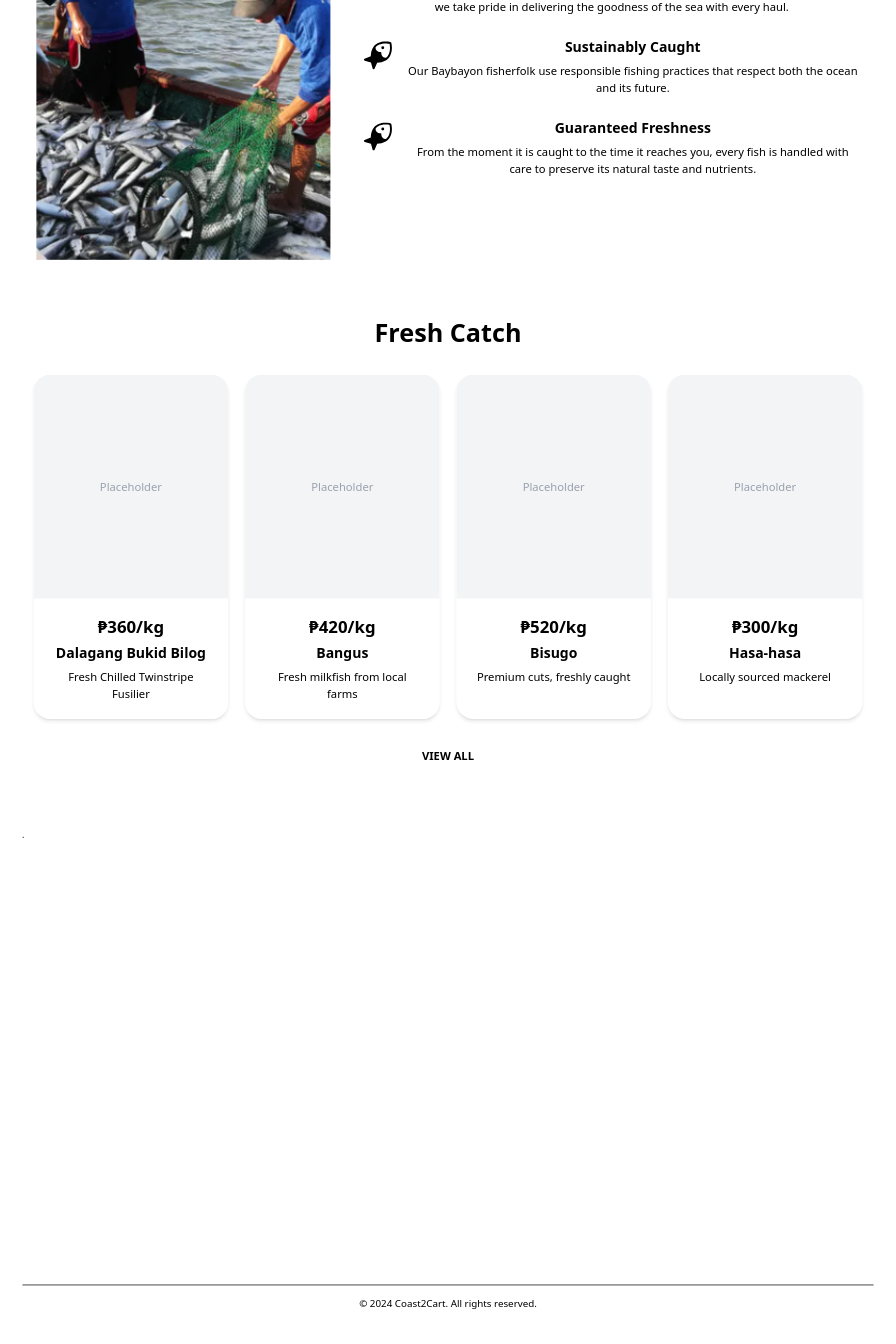
Repository: Coast2Card/coast2cart-frontend
Page: /
The author's editor kept a copy of each file at every save. The page is drawn from the files as they stood at one save, then again after a run of saves.
The browser window is 1280 px wide. The pictures show the part of the page from y = 1673 to 3593 px (the page is 3593 px tall), at 70% of full size.
The project was rebuilt for these pictures with package versions that can differ from the ones it lists, and the page was loaded fresh each time. Also part of the build but not shown: vite.config.js, src/pages/Seafood.jsx, src/pages/Souvenirs.jsx, src/pages/About.jsx, src/pages/Cart.jsx, src/pages/Profile.jsx, src/pages/Colors.jsx.

Above is the page before, as saved 2025-09-08 14:20:04.

### index.html
<!DOCTYPE html>
<html lang="en" data-theme="coast2cart">
  <head>
    <meta charset="UTF-8" />
    <!-- <link rel="icon" type="image/svg+xml" href="/vite.svg" /> -->
    <meta name="viewport" content="width=device-width, initial-scale=1.0" />
    <title>Coast2Cart</title>
  </head>
  <body>
    <div id="root"></div>
    <script type="module" src="/src/main.jsx"></script>
  </body>
</html>

### src/App.jsx
import { Routes, Route } from "react-router-dom";
import Layout from "./components/Layout";
import Home from "./pages/Home";
import Seafood from "./pages/Seafood";
import Souvenirs from "./pages/Souvenirs";
import About from "./pages/About";
import Cart from "./pages/Cart";
import Profile from "./pages/Profile";
import Colors from "./pages/Colors";
import "./App.css";

function App() {
  return (
    <Routes>
      {/* Routes with shared layout */}
      <Route path="/" element={<Layout />}>
        <Route index element={<Home />} />
        <Route path="seafood" element={<Seafood />} />
        <Route path="souvenirs" element={<Souvenirs />} />
        <Route path="about" element={<About />} />
        <Route path="cart" element={<Cart />} />
        <Route path="profile" element={<Profile />} />
        <Route path="colors" element={<Colors />} />
      </Route>
    </Routes>
  );
}

export default App;

### src/components/Layout.jsx
import { Outlet } from "react-router-dom";
import Navbar from "./Navbar";

const Layout = () => {
  return (
    <div className="min-h-screen bg-base-200">
      {/* Navigation Header */}
      <Navbar />

      {/* Main Content */}
      <main className=" mx-auto  ">
        <Outlet />
      </main>

      {/* Footer */}
      <footer className="bg-base-100 border-t border-base-300 mt-auto">
        <div className="max-w-7xl mx-auto py-4 px-4 sm:px-6 lg:px-8">
          <p className="text-center text-base-content/70 text-sm">
            © 2024 Coast2Cart. All rights reserved.
          </p>
        </div>
      </footer>
    </div>
  );
};

export default Layout;

### src/pages/Home.jsx
import homeBanner from "../assets/images/home_banner.jpg";
import baybayonLogo from "../assets/logos/c2c_white_transparent.png";
import fish1 from "../assets/images/home_fish1.png";
import fish2 from "../assets/images/home_fish2.png";
import fish3 from "../assets/images/home_fish3.png";
import fish4 from "../assets/images/home_fish4.png";
import fish5 from "../assets/images/home_fish5.png";
import HomeFeatures from "../components/home/HomeFeatures";
import HomeFreshCatch from "../components/home/HomeFreshCatch";
import HomeGallery from "../components/home/HomeGallery";
import HomeSouvenirs from "../components/home/HomeSouvenirs";
const Home = () => {
  return (
    <main className="relative overflow-x-hidden">
      {/* Home Banner */}
      <section className="w-full h-135 sm:h-[70vh] md:h-185 relative">
        <img
          src={homeBanner}
          alt="Home Banner"
          className="w-full h-full object-cover relative z-4"
          onError={(e) => {
            console.log("Image failed to load:", homeBanner);
            e.target.style.display = "none";
          }}
          onLoad={() => console.log("Image loaded successfully:", homeBanner)}
        />

        <div className="absolute inset-0 bg-black opacity-60 z-10"></div>

        <div className="absolute inset-0 z-20 flex items-start py-20 justify-center">
          <div className="text-center text-white">
            <h1 className="text-xl sm:text-2xl  font-extrabold font-display mb-[-15px] sm:mb-[-30px] md:mb-[-35px] lg:mb-[-30px]">
              Sea the best of Baybayon, from
            </h1>
            <img
              className="w-6/8 max-w-120 sm:w-6/8 md:4/8 lg:3/8 md:max-w-170 h-auto mx-auto "
              src={baybayonLogo}
            />
            <button className="mt-0 sm:mt-[-10px] b-20 bg-secondary text-primary uppercase px-6 py-2 rounded-full text-md sm:text-lg font-semibold hover:bg-secondary/90 transition-colors">
              Shop Now
            </button>
          </div>
        </div>
      </section>
      <section className=" relative overflow-hidden w-[140vw] flex items-center justify-center gap-4 sm:gap-6 mb-15 sm:mb-25   z-30 -mt-51 md:-mt-75 lg:-mt-75 left-1/2 -translate-x-1/2">
        <img
          src={fish1}
          alt="Fish 1"
          className="min-w-20 h-40 md:w-65 md:h-75  object-cover rounded-2xl"
        />
        <img
          src={fish2}
          alt="Fish 2"
          className="min-w-35 h-55  md:w-80 md:h-85 object-cover rounded-2xl"
        />
        <img
          src={fish3}
          alt="Fish 3"
          className="min-w-46 h-70 md:w-95 md:h-100 object-cover rounded-2xl"
        />
        <img
          src={fish4}
          alt="Fish 4"
          className="min-w-35 h-55 md:w-80 md:h-85 object-cover rounded-2xl"
        />
        <img
          src={fish5}
          alt="Fish 5"
          className="min-w-20 h-40 md:w-65 md:h-75 object-cover rounded-2xl"
        />
      </section>
      <section className="max-w-8xl mx-auto p-4 flex flex-col">
        <HomeFeatures className="mb-25" />
        <HomeGallery />
        <HomeFreshCatch />
      </section>
      <section className="flex bg-primary h-100 mx-auto w-full mb-60">
        <HomeSouvenirs />
      </section>
    </main>
  );
};

export default Home;

### src/components/Navbar.jsx
import { Link, useLocation } from "react-router-dom";
import { useState } from "react";
import { navLinks } from "../data/navigation";
import c2cLogo from "../assets/logos/c2c_transparent.png";
import searchIcon from "../assets/icons/search.png";
import cartIcon from "../assets/icons/cart.png";
import profileIcon from "../assets/icons/profile.png";
import commentIcon from "../assets/icons/comment.png";
const Navbar = () => {
  const location = useLocation();
  const [isMobileMenuOpen, setIsMobileMenuOpen] = useState(false);

  const isActive = (path) => {
    return location.pathname === path;
  };

  const toggleMobileMenu = () => {
    setIsMobileMenuOpen(!isMobileMenuOpen);
  };

  const closeMobileMenu = () => {
    setIsMobileMenuOpen(false);
  };

  return (
    <nav className="bg-base-300 shadow-lg py-2 sticky top-0 z-50">
      <div className="mx-auto px-6 sm:px-6 lg:px-8">
        <div className="flex justify-between h-16">
          <div className="flex items-center">
            <Link to="/" className="flex-shrink-0">
              <img src={c2cLogo} alt="Coast2Cart" className="h-17" />
            </Link>
          </div>

          {/* Desktop Navigation */}
          <div className="hidden md:flex items-center space-x-8">
            {navLinks.map((link) => (
              <Link
                key={link.path}
                to={link.path}
                className={`px-3 py-2 rounded-md text-md font-bold transition-colors ${
                  isActive(link.path)
                    ? " text-accent after:content-[''] after:block after:w-full after:h-0.5 after:bg-accent after:rounded-full"
                    : "text-black hover:text-primary hover:bg-base-200"
                }`}
              >
                {link.label}
              </Link>
            ))}
          </div>

          {/* Desktop Icons - Hidden on mobile */}
          <div className="hidden md:flex items-center gap-4 lg:gap-6">
            <img
              src={searchIcon}
              alt="Search"
              className="h-5 w-5 lg:h-5.5 lg:w-5.5 hover:cursor-pointer hover:opacity-60 transition-opacity duration-300"
            />
            <img
              src={commentIcon}
              alt="Comment"
              className="h-5 w-5 lg:h-5.5 lg:w-5.5 hover:cursor-pointer hover:opacity-60 transition-opacity duration-300"
            />
            <img
              src={cartIcon}
              alt="Cart"
              className="h-5 w-5 lg:h-5.5 lg:w-5.5 hover:cursor-pointer hover:opacity-60 transition-opacity duration-300"
            />
            <img
              src={profileIcon}
              alt="Profile"
              className="h-5 w-5 lg:h-5.5 lg:w-5.5 hover:cursor-pointer hover:opacity-60 transition-opacity duration-300"
            />
          </div>

          {/* Mobile menu button */}
          <div className="md:hidden flex items-center">
            <button
              onClick={toggleMobileMenu}
              className="inline-flex items-center justify-center p-2 rounded-md text-base-content hover:text-primary hover:bg-base-200 focus:outline-none focus:ring-2 focus:ring-inset focus:ring-primary"
              aria-expanded="false"
            >
              <span className="sr-only">Open main menu</span>
              {!isMobileMenuOpen ? (
                <svg
                  className="block h-6 w-6"
                  xmlns="http://www.w3.org/2000/svg"
                  fill="none"
                  viewBox="0 0 24 24"
                  stroke="currentColor"
                  aria-hidden="true"
                >
                  <path
                    strokeLinecap="round"
                    strokeLinejoin="round"
                    strokeWidth="2"
                    d="M4 6h16M4 12h16M4 18h16"
                  />
                </svg>
              ) : (
                <svg
                  className="block h-6 w-6"
                  xmlns="http://www.w3.org/2000/svg"
                  fill="none"
                  viewBox="0 0 24 24"
                  stroke="currentColor"
                  aria-hidden="true"
                >
                  <path
                    strokeLinecap="round"
                    strokeLinejoin="round"
                    strokeWidth="2"
                    d="M6 18L18 6M6 6l12 12"
                  />
                </svg>
              )}
            </button>
          </div>
        </div>
      </div>

      {/* Mobile Navigation Menu */}
      <div className={`md:hidden ${isMobileMenuOpen ? "block" : "hidden"}`}>
        <div className="px-2 pt-2 pb-3 space-y-1 sm:px-3 bg-base-100 border-t border-base-300">
          {navLinks.map((link) => (
            <Link
              key={link.path}
              to={link.path}
              onClick={closeMobileMenu}
              className={`block px-3 py-2 rounded-md text-base font-medium transition-colors ${
                isActive(link.path)
                  ? "bg-primary text-primary-content"
                  : "text-base-content hover:text-primary hover:bg-base-200"
              }`}
            >
              {link.label}
            </Link>
          ))}

          {/* Mobile Icons */}
          <div className="flex items-center justify-center gap-6 pt-4 border-t border-base-300 mt-4">
            <img
              src={searchIcon}
              alt="Search"
              className="h-6 w-6 hover:cursor-pointer hover:opacity-60 transition-opacity duration-300"
            />
            <img
              src={commentIcon}
              alt="Comment"
              className="h-6 w-6 hover:cursor-pointer hover:opacity-60 transition-opacity duration-300"
            />
            <img
              src={cartIcon}
              alt="Cart"
              className="h-6 w-6 hover:cursor-pointer hover:opacity-60 transition-opacity duration-300"
            />
            <img
              src={profileIcon}
              alt="Profile"
              className="h-6 w-6 hover:cursor-pointer hover:opacity-60 transition-opacity duration-300"
            />
          </div>
        </div>
      </div>
    </nav>
  );
};

export default Navbar;

### src/components/home/HomeFeatures.jsx
import cartIcon from "../../assets/icons/cart.png";
import commentIcon from "../../assets/icons/comment.png";
import profileIcon from "../../assets/icons/profile.png";
import searchIcon from "../../assets/icons/search.png";

const features = [
  {
    icon: cartIcon,
    title: "Fresh Catch",
    description: "Daily seafood direct from local fishers.",
  },
  {
    icon: searchIcon,
    title: "Dried Goods",
    description: "High-quality dried seafood.",
  },
  {
    icon: commentIcon,
    title: "Souvenirs",
    description: "Souvenirs made by our community.",
  },
  {
    icon: profileIcon,
    title: "Marketplace",
    description: "Easy orders and pickup with fishing time.",
  },
];

const HomeFeatures = ({ className = "" }) => {
  return (
    <article className={` mx-auto w-full ${className}`}>
      <section className="grid grid-cols-1 sm:grid-cols-2 space-y-6 lg:grid-cols-4 gap-6 sm:w-[95%] lg:w-[90%] xl:w-[80%] mx-auto">
        {features.map((item, index) => (
          <div
            key={index}
            className="flex flex-col items-center justify-start gap-2"
          >
            <div className="bg-accent mb-2 p-11 sm:p-11 flex justify-center items-center rounded-full">
              <div className="bg-gray-300 rounded-xl p-1 h-14 w-14"></div>
            </div>
            <h3 className="text-2xl font-bold text-primary">{item.title}</h3>
            <h3 className="text-md text-center">{item.description}</h3>
          </div>
        ))}
      </section>
    </article>
  );
};

export default HomeFeatures;

### src/components/home/HomeFreshCatch.jsx
const freshCatchItems = [
  {
    id: 1,
    price: "₱360/kg",
    name: "Dalagang Bukid Bilog",
    description: "Fresh Chilled Twinstripe Fusilier",
    image: null,
  },
  {
    id: 2,
    price: "₱420/kg",
    name: "Bangus",
    description: "Fresh milkfish from local farms",
    image: null,
  },
  {
    id: 3,
    price: "₱520/kg",
    name: "Bisugo",
    description: "Premium cuts, freshly caught",
    image: null,
  },
  {
    id: 4,
    price: "₱300/kg",
    name: "Hasa-hasa",
    description: "Locally sourced mackerel",
    image: null,
  },
];

const HomeFreshCatch = ({ className = "" }) => {
  return (
    <div className={`flex flex-col text-center ${className}`}>
      <h1 className="text-4xl font-bold text-accent mb-10">Fresh Catch</h1>
      <section className="grid grid-cols-1 sm:grid-cols-2 xl:grid-cols-4  gap-6 mb-8">
        {freshCatchItems.map((item) => (
          <div
            key={item.id}
            className="flex flex-col shadow-md overflow-hidden rounded-3xl"
          >
            <div className="bg-gray-100 h-80 flex items-center justify-center text-gray-400">
              Placeholder
            </div>
            <div className="bg-white p-6  flex flex-col gap-2 text-center items-center justify-center">
              <h3 className="text-success text-2xl font-bold">{item.price}</h3>
              <h3 className="text-black font-bold text-xl">{item.name}</h3>
              <p className="text-md">{item.description}</p>
            </div>
          </div>
        ))}
      </section>
      <div className="mb-20">
        <button className="bg-secondary text-primary uppercase px-6 py-2 rounded-full text-md font-semibold hover:bg-secondary/90 transition-colors">
          View All
        </button>
      </div>
    </div>
  );
};

export default HomeFreshCatch;

### src/components/home/HomeGallery.jsx
import React from "react";
import homeGallery1 from "../../assets/images/home_gallery1.png";
import FishIcon from "../icons/FishIcon";
const HomeGallery = () => {
  return (
    <div className="w-full flex flex-col sm:flex-row gap-9 lg:gap-12 p-1 mb-20 items-center justify-center mx-auto max-w-8xl  ">
      <div className="flex flex-1 min-w-75 sm:h-150 md:min-w-105  w-full md:h-150 bg-blue-100 ">
        <img src={homeGallery1} className="w-full h-full object-cover  " />
      </div>
      <div className=" flex flex-col min-w-20  gap-4 justify-center">
        <h2 className="font-bold text-3xl lg:text-4xl text-primary mb-1">
          Fresh From the Sea, Straight to You
        </h2>
        <p className="text-md mb-4">
          Every day, the fishermen of Barangay Baybayon bring in the freshest
          catch from our coastal waters, ensuring top quality seafood for your
          table. Proudly harvested and carefully handled, we take pride in
          delivering the goodness of the sea with every haul.
        </p>
        <div className="flex items-start gap-4 text-primary mb-4">
          <div className="max-h-22 min-w-11 font-bold pt-0.5">
            <FishIcon />
          </div>
          <div className="flex flex-col">
            <h3 className="font-bold text-xl mb-2">Sustainably Caught</h3>
            <p className="text-black">
              Our Baybayon fisherfolk use responsible fishing practices that
              respect both the ocean and its future.
            </p>
          </div>
        </div>
        <div className="flex items-start gap-4 text-primary">
          <div className="max-h-22 min-w-11 font-bold pt-0.5">
            <FishIcon />
          </div>
          <div className="flex flex-col">
            <h3 className="font-bold text-xl mb-2">Guaranteed Freshness</h3>
            <p className="text-black">
              From the moment it is caught to the time it reaches you, every
              fish is handled with care to preserve its natural taste and
              nutrients.
            </p>
          </div>
        </div>
      </div>
    </div>
  );
};

export default HomeGallery;

### src/components/home/HomeSouvenirs.jsx
import React from "react";

const HomeSouvenirs = () => {
  return (
    <>
      <div className="min-w-100 max-w-150">
        <img className="bg-red-100 object-cover border border-primary" src="" />
      </div>
      <div className="flex-1"></div>
    </>
  );
};

export default HomeSouvenirs;

### src/data/navigation.js
// Navigation links data
export const navLinks = [
  { path: "/", label: "Home" },
  { path: "/seafood", label: "Seafood" },
  { path: "/souvenirs", label: "Souvenirs" },
  { path: "/about", label: "About" },
  // { path: "/cart", label: "Cart" },
  // { path: "/profile", label: "Profile" },
  // { path: "/colors", label: "Colors" },
];

### src/components/icons/FishIcon.jsx
import React from "react";

const FishIcon = () => {
  return (
    <div>
      <svg
        xmlns="http://www.w3.org/2000/svg"
        viewBox="0 0 256 256"
        className="text-primary fill-primary"
      >
        <rect width="256" height="256" fill="none" />
        <path d="M168,76a12,12,0,1,1-12-12A12,12,0,0,1,168,76Zm48.72,67.64c-19.37,34.9-55.44,53.76-107.24,56.1l-22,51.41A8,8,0,0,1,80.1,256l-.51,0a8,8,0,0,1-7.19-5.78L57.6,198.39,5.8,183.56a8,8,0,0,1-1-15.05l51.41-22c2.35-51.78,21.21-87.84,56.09-107.22,24.75-13.74,52.74-15.84,71.88-15.18,18.64.64,36,4.27,38.86,6a8,8,0,0,1,2.83,2.83c1.69,2.85,5.33,20.21,6,38.85C232.55,90.89,230.46,118.89,216.72,143.64Zm-4.3-100.07c-14.15-3-64.1-11-100.3,14.75a81.21,81.21,0,0,0-16,15.07,36,36,0,0,0,39.35,38.44,8,8,0,0,1,8.73,8.73,36,36,0,0,0,38.47,39.34,80.81,80.81,0,0,0,15-16C223.42,107.73,215.42,57.74,212.42,43.57Z" />
      </svg>
    </div>
  );
};

export default FishIcon;

Loaded but not shown: src/main.jsx (common file); src/index.css (common file); src/App.css (common file)

After the next 2 saves:
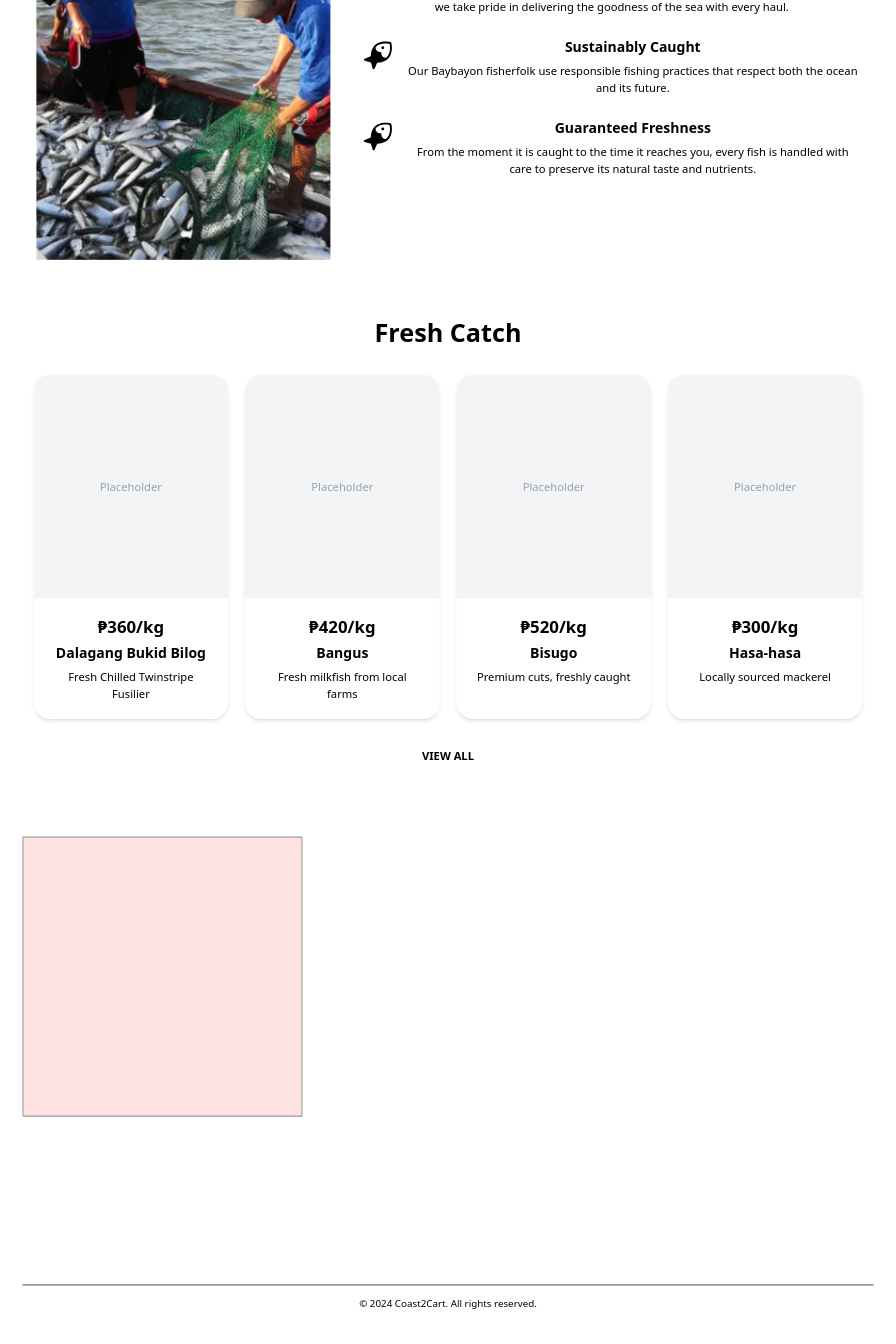
The 2 saves are shown as one change because they came seconds apart.
The last was saved 7 s later.
--- a/src/components/home/HomeSouvenirs.jsx
+++ b/src/components/home/HomeSouvenirs.jsx
@@ -4,7 +4,10 @@ const HomeSouvenirs = () => {
   return (
     <>
       <div className="min-w-100 max-w-150">
-        <img className="bg-red-100 object-cover border border-primary" src="" />
+        <img
+          className="bg-red-100 w-full h-full object-cover border border-primary"
+          src=""
+        />
       </div>
       <div className="flex-1"></div>
     </>
